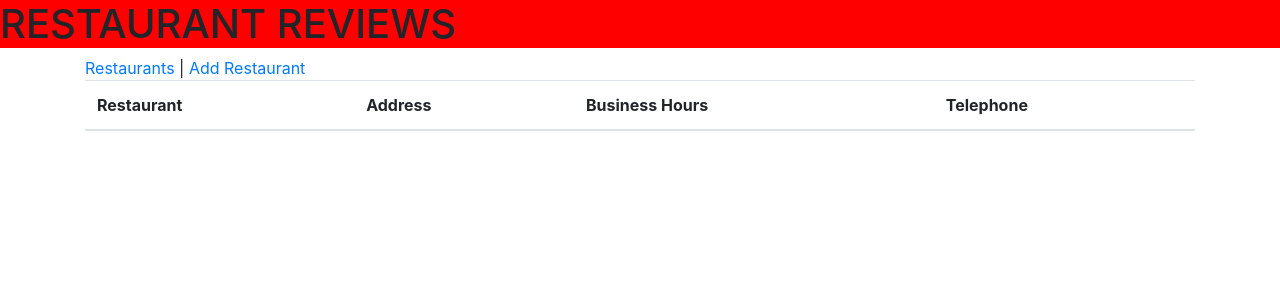
Repository: amcali/project-3
Page: http://localhost/
The author's editor kept a record of every edit. The page is drawn from the files as they stood at one moment, then again after the next edit.
The browser window is 1280 px wide. The pictures show the whole page.
The page is served by the project's application, run on Flask 3 (app.py).

Above is the page before.

### templates/index.template.html
{%extends "layout.template.html"%}

{% block title %}RESTAURANT REVIEWS{% endblock %}



{%block content%}

    <a href ="/restaurants">Restaurants</a> |
    <a href ="/add_restaurant" href={{url_for('add_restaurant')}}>Add Restaurant</a>

        <table class='table'>
            <thead>
                <tr>
                    <th>Restaurant</th>

                    <th>Address</th>

                    <th>Business Hours</th>

                    <th>Telephone</th>
                </tr>
            </thead>
            {% for each_result in results %}
            <tr>
                <td>
                    {{ each_result["name"] }}
                </td>
                <td>
                    {{ each_result["address"]["country"] }}
                </td>
                <td>
                    {% for each_amentity in each_result['amenities'] %}
                    <span>{{each_amentity }}</span>,
                    {%endfor%}
                </td>
            </tr>
            {%endfor%}
        </table>
{%endblock%}

### templates/layout.template.html
<!doctype html>
<html lang="en">
  <head>
    <!-- Required meta tags -->
    <meta charset="utf-8">
    <meta name="viewport" content="width=device-width, initial-scale=1, shrink-to-fit=no">

    <!-- Bootstrap CSS -->
    <link rel="stylesheet" href="https://stackpath.bootstrapcdn.com/bootstrap/4.3.1/css/bootstrap.min.css" integrity="sha384-ggOyR0iXCbMQv3Xipma34MD+dH/1fQ784/j6cY/iJTQUOhcWr7x9JvoRxT2MZw1T" crossorigin="anonymous">

    <!-- CSS -->
    <link rel="stylesheet" href="static/styles.css" type="text/css">

    <title>Hello, world!</title>
  </head>
  <body>
    <h1>{% block title %}{% endblock %}</h1>

    <div class="container">

    	{% with messages = get_flashed_messages() %}
    	  {% if messages %}
    	    {% for message in messages %}
    		  <div class="alert alert-success">
    		  <ul>
      			<li>{{message}}</li>
    		  </div>
      		{% endfor %}
      	  {% endif %}
    	{% endwith %}

        {%block content%}{%endblock%}
    </div>
    <!-- Optional JavaScript -->
    <!-- jQuery first, then Popper.js, then Bootstrap JS -->
    <script src="https://code.jquery.com/jquery-3.3.1.slim.min.js" integrity="sha384-q8i/X+965DzO0rT7abK41JStQIAqVgRVzpbzo5smXKp4YfRvH+8abtTE1Pi6jizo" crossorigin="anonymous"></script>
    <script src="https://cdnjs.cloudflare.com/ajax/libs/popper.js/1.14.7/umd/popper.min.js" integrity="sha384-UO2eT0CpHqdSJQ6hJty5KVphtPhzWj9WO1clHTMGa3JDZwrnQq4sF86dIHNDz0W1" crossorigin="anonymous"></script>
    <script src="https://stackpath.bootstrapcdn.com/bootstrap/4.3.1/js/bootstrap.min.js" integrity="sha384-JjSmVgyd0p3pXB1rRibZUAYoIIy6OrQ6VrjIEaFf/nJGzIxFDsf4x0xIM+B07jRM" crossorigin="anonymous"></script>
  </body>
</html>

### app.py
from flask import Flask, render_template, request, redirect, url_for
import pymongo
import os

app = Flask(__name__)

# 1. Retrieve the environment variables
MONGO_URI = os.getenv('MONGO_URI')
DATABASE_NAME = 'restaurant_reviews'
RESTAURANTS = 'restaurants'

# 2. Create the connection
conn = pymongo.MongoClient(MONGO_URI)

# 3. Query
# doc = conn[DATABASE_NAME]["listingsAndReviews"].find({
#     'address.country':'Canada'
# }).limit(10)

# for d in doc:
#     print("Name:", d['name'])
#     print("Price: $", d['price'])
#     print('-------')

# Flask Routes Begin Here
@app.route('/')
def home():
    return render_template('index.template.html')


#Route to show the 'add/create restaurant' form
@app.route('/add_restaurant')
def add_restaurant():
    return render_template('add-restaurant.template.html')

#Route to process the 'add/create restaurant' form
@app.route('/add_restaurant', methods=['POST'])
def process_add_restaurant():
    restaurant_name = request.form.get('restaurant_name')
    restaurant_address = request.form.get('restaurant_address')

    #Create a new restaurant
    conn[DATABASE_NAME][RESTAURANTS].insert({
        'restaurant_name': restaurant_name,
        'restaurant_address': restaurant_address
    })

    return redirect(url_for('home'))




# "magic code" -- boilerplate
if __name__ == '__main__':
   app.run(host=os.environ.get('IP'),
           port=int(os.environ.get('PORT')),
           debug=True)

### static/styles.css
body,html{
    height:100%;
}

h1{
    background-color:red;
}

After the next edit:
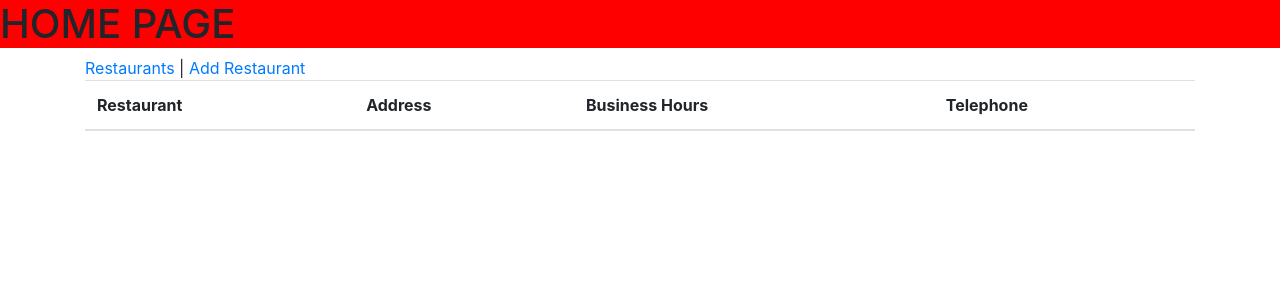
The edit:
--- a/templates/index.template.html
+++ b/templates/index.template.html
@@ -1,6 +1,6 @@
 {%extends "layout.template.html"%}
 
-{% block title %}RESTAURANT REVIEWS{% endblock %}
+{% block title %}HOME PAGE{% endblock %}
 
 
 
